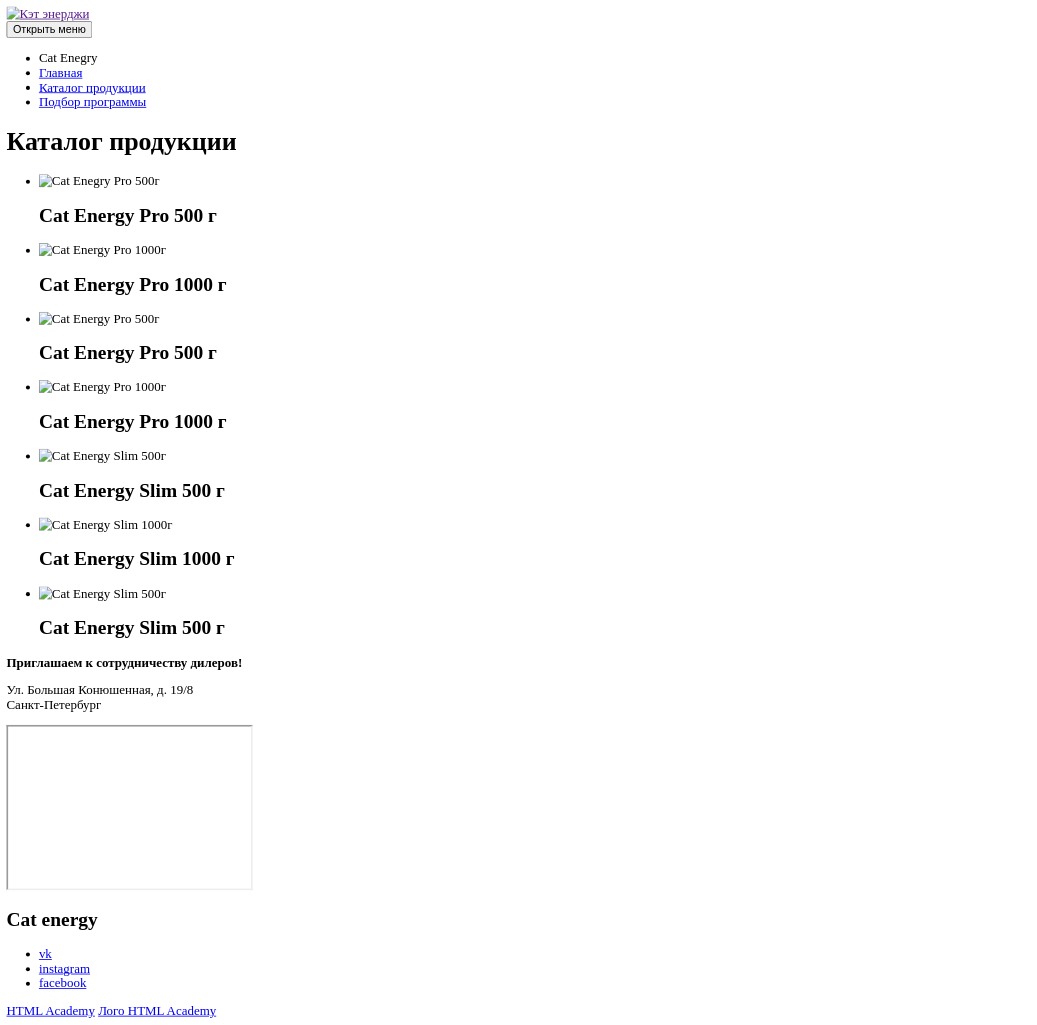
Repository: infernotw/1054987-cat-energy-17
Page: source/catalog.html
An editor plug-in stored every save of this project. The page is shown before and after the next save, followed by the edit.
The browser window is 1280 px wide. The pictures show the whole page, at 81% of full size.

Above is the page before, as saved 2019-07-17 05:11:21.

### source/catalog.html
<!DOCTYPE html>
<html lang="ru">

<head>
  <meta charset="utf-8">
  <title>HTML Academy: Кэт энерджи</title>
</head>

<body>

  <header class="page-header">
    <a href="" class="page-header__logo">
      <img src="#" alt="Кэт энерджи" width="" height="" class="page-header__logo-image">
    </a>
    <nav class="main-nav">
      <button class="main-nav__toggle" type="button">Открыть меню</button>
      <div class="main-nav__wrapper">
        <ul class="main-nav__list site-list">
          <li class="site-list__item">
            <a class="site-list__item site-list__item--active">Cat Enegry</a>
          </li>
          <li class="site-list__item">
            <a href="#">Главная</a>
          </li>
          <li class="site-list__item">
            <a href="catalog.html">Каталог продукции</a>
          </li>
          <li class="site-list__item">
            <a href="form.html">Подбор программы</a>
          </li>
        </ul>
      </div>
    </nav>
  </header>

  <main class="page-main">
    <h1 class="page-main__title">Каталог продукции</h1>
    <section class="catalog">
      <div class="catalog__wrapper">
        <ul class="catalog__list">
          <li class="catalog__item">
            <img src="#" alt="Cat Enegry Pro 500г" class="catalog__img">
            <h2 class="catalog__name">Cat Energy Pro 500 г</h2>
          </li>
          <li class="catalog__item">
            <img src="#" alt="Cat Energy Pro 1000г" class="catalog__img">
            <h2 class="catalog__name">Cat Energy Pro 1000 г</h2>
          </li>
          <li class="catalog__item">
            <img src="#" alt="Cat Energy Pro 500г" class="catalog__img">
            <h2 class="catalog__name">Cat Energy Pro 500 г</h2>
          </li>
          <li class="catalog__item">
            <img src="#" alt="Cat Energy Pro 1000г" class="catalog__img">
            <h2 class="catalog__name">Cat Energy Pro 1000 г</h2>
          </li>
          <li class="catalog__item">
            <img src="#" alt="Cat Energy Slim 500г" class="catalog__img">
            <h2 class="catalog__name">Cat Energy Slim 500 г</h2>
          </li>
          <li class="catalog__item">
            <img src="#" alt="Cat Energy Slim 1000г" class="catalog__img">
            <h2 class="catalog__name">Cat Energy Slim 1000 г</h2>
          </li>
          <li class="catalog__item">
            <img src="#" alt="Cat Energy Slim 500г" class="catalog__img">
            <h2 class="catalog__name">Cat Energy Slim 500 г</h2>
          </li>
        </ul>

      </div>
    </section>


  </main>

  <footer class="page-footer">
    <div class="page-footer__wrapper">
      <div class="page-footer__contacts contacts">
        <b class="contacts__title">Приглашаем к сотрудничеству дилеров!</b>
        <p class="contacts__text">Ул. Большая Конюшенная, д. 19/8<br>Санкт-Петербург</p>
        <div class="contacts__map">
          <iframe src="https://yandex.ru/map-widget/v1/-/CCwfVC62" width="300" height="200"></iframe>
        </div>
      </div>
      <div class="page-footer__social social">
        <h2 class="social__title">Cat energy</h2>
        <ul class="social__list">
          <li class="social__item">
            <a href="#" class="social__link social__link--vk">vk</a>
          </li>
          <li class="social__item">
            <a href="#" class="social__link social__link--instagram">instagram</a>
          </li>
          <li class="social__item">
            <a href="#" class="social__link social__link--facebook">facebook</a>
          </li>
        </ul>
      </div>
      <div class="page-footer__copyright copyright">
        <a href="#" class="copyright__link">HTML Academy</a>
        <a href="#" class="copyright__link">Лого HTML Academy</a>
      </div>
    </div>
  </footer>

</body>

</html>

After the next save:
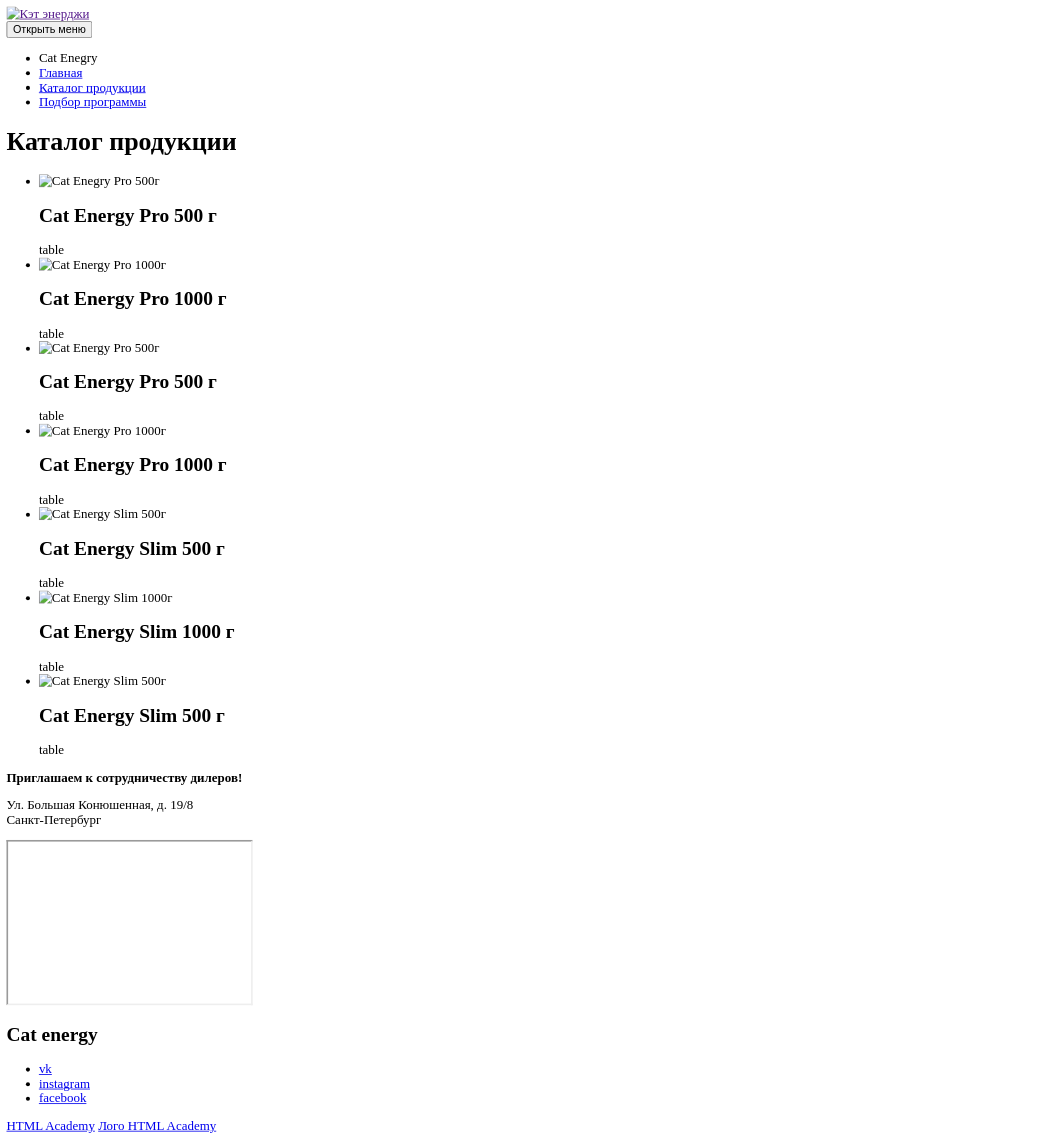
Saved 33 s later.
--- a/source/catalog.html
+++ b/source/catalog.html
@@ -41,30 +41,37 @@
           <li class="catalog__item">
             <img src="#" alt="Cat Enegry Pro 500г" class="catalog__img">
             <h2 class="catalog__name">Cat Energy Pro 500 г</h2>
+            table
           </li>
           <li class="catalog__item">
             <img src="#" alt="Cat Energy Pro 1000г" class="catalog__img">
             <h2 class="catalog__name">Cat Energy Pro 1000 г</h2>
+            table
           </li>
           <li class="catalog__item">
             <img src="#" alt="Cat Energy Pro 500г" class="catalog__img">
             <h2 class="catalog__name">Cat Energy Pro 500 г</h2>
+            table
           </li>
           <li class="catalog__item">
             <img src="#" alt="Cat Energy Pro 1000г" class="catalog__img">
             <h2 class="catalog__name">Cat Energy Pro 1000 г</h2>
+            table
           </li>
           <li class="catalog__item">
             <img src="#" alt="Cat Energy Slim 500г" class="catalog__img">
             <h2 class="catalog__name">Cat Energy Slim 500 г</h2>
+            table
           </li>
           <li class="catalog__item">
             <img src="#" alt="Cat Energy Slim 1000г" class="catalog__img">
             <h2 class="catalog__name">Cat Energy Slim 1000 г</h2>
+            table
           </li>
           <li class="catalog__item">
             <img src="#" alt="Cat Energy Slim 500г" class="catalog__img">
             <h2 class="catalog__name">Cat Energy Slim 500 г</h2>
+            table
           </li>
         </ul>
 
